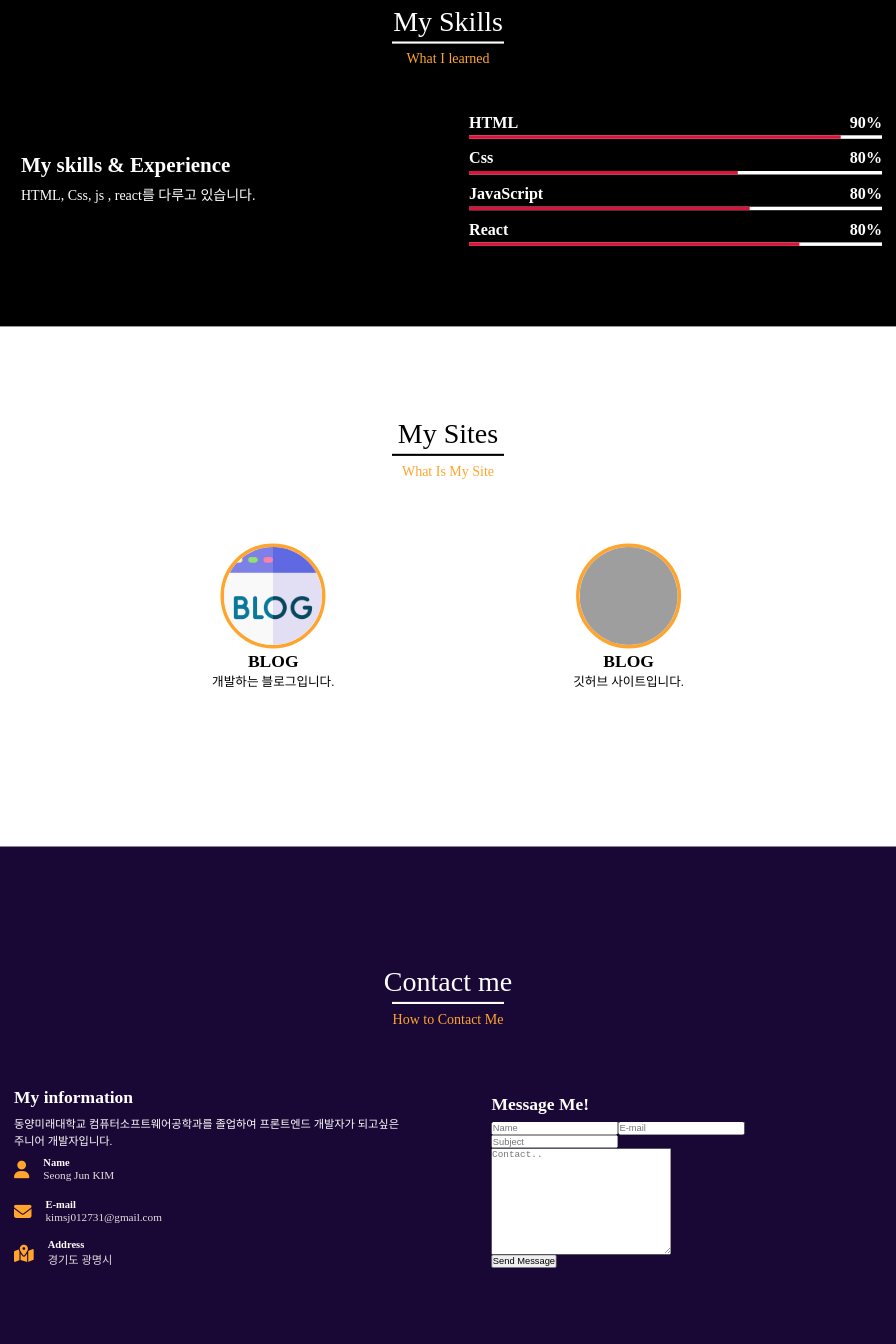
Repository: jun01270/jun
Page: index.html
The author's editor kept a copy of each file at every save. The page is drawn from the files as they stood at one save, then again after the next save.
The browser window is 1280 px wide. The pictures show the part of the page from y = 1836 to 3756 px (the page is 3756 px tall), at 70% of full size.
Pictures or frames that could not be fetched are drawn as grey boxes. Some web libraries are served in a nearby version.

Above is the page before, as saved 2023-05-11 16:29:53.

After the next save:
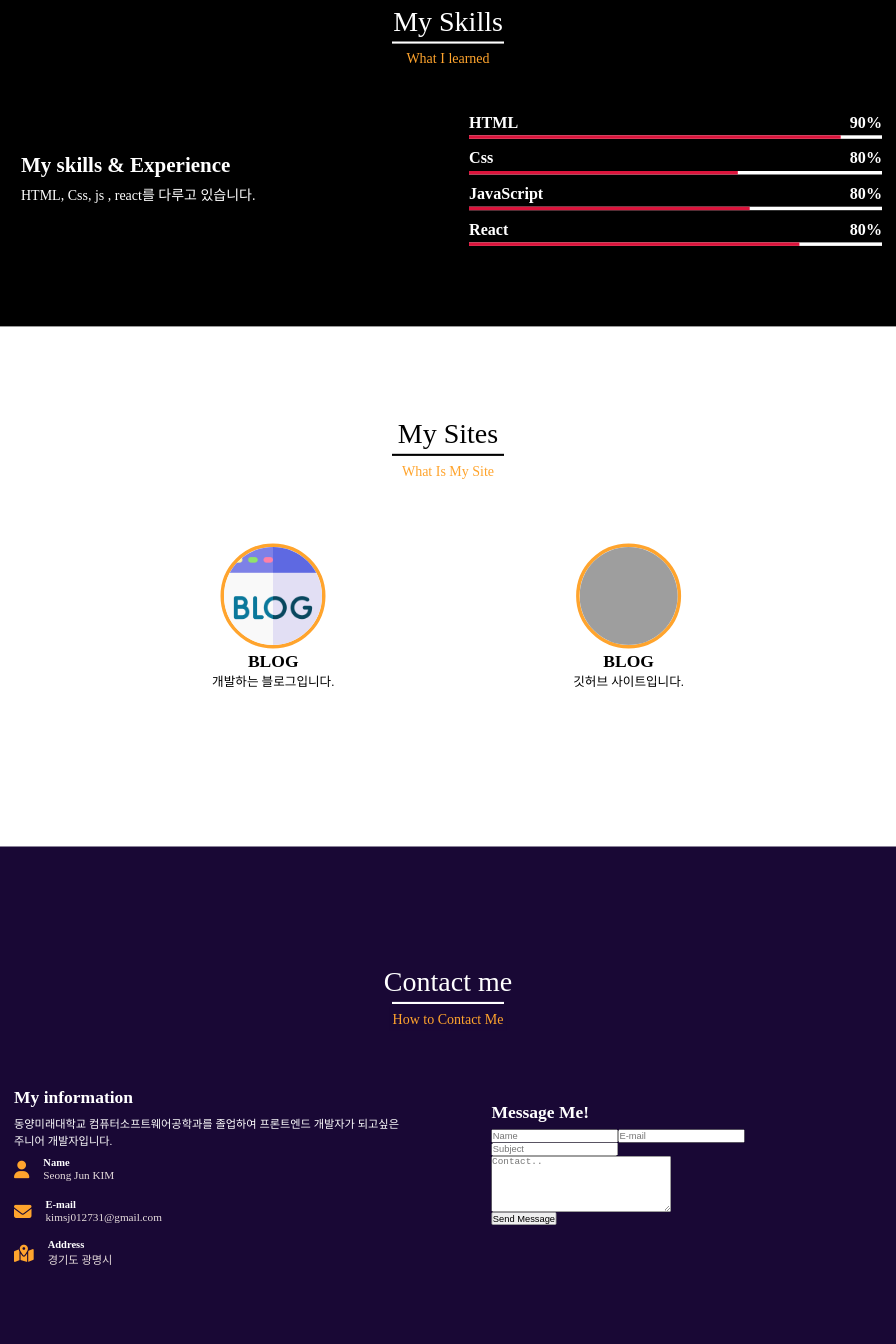
Saved 108 s later.
--- a/css/contact.css
+++ b/css/contact.css
@@ -71,3 +71,12 @@
   width: 100%;
   margin-bottom: 15px;
 }
+
+.contact .contact-content .right {
+  margin-bottom: 50px;
+}
+
+.contact .contact-content .right .contact-area {
+  height: 80px;
+  width: 100%;
+}
